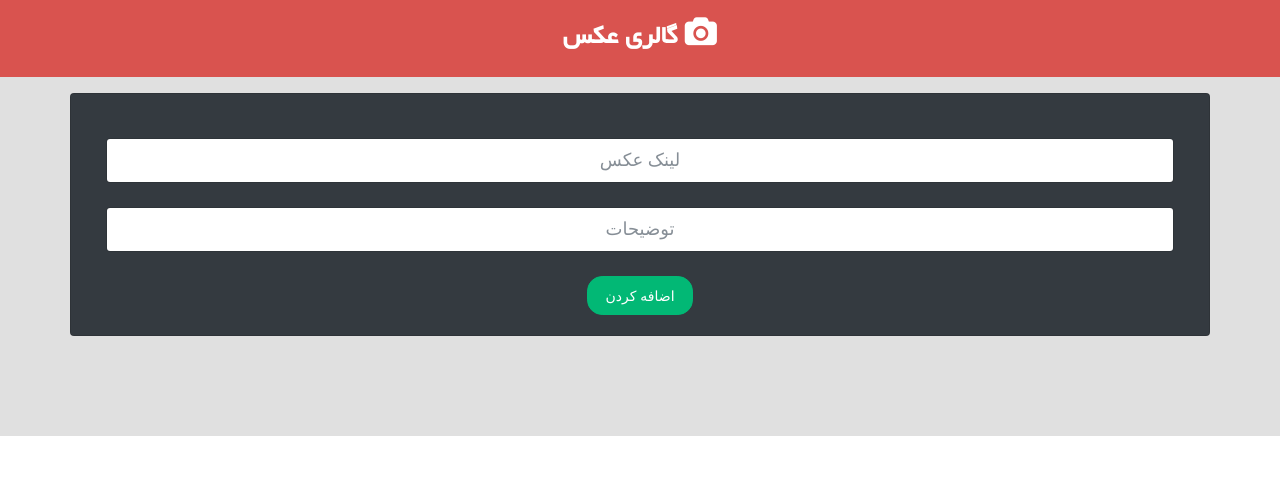
Repository: sadegh1379/PhotoWall-app
Page: /addphoto
These files come from the project's save history. The page is drawn as it stood at one moment and after the next save; the edit follows.
The browser window is 1280 px wide. The pictures show the whole page.
The project was rebuilt for these pictures with package versions that can differ from the ones it lists, and the page was loaded fresh each time. Also part of the build but not shown: src/Component/Photo.js, src/Component/PhotoWall.js.

Above is the page before, as saved 2020-02-22 13:25:24.

### public/index.html
<!DOCTYPE html>
<html lang="en">
  <head>
    <meta charset="utf-8" />
    <link rel="icon" href="%PUBLIC_URL%/favicon.ico" />
    <meta name="viewport" content="width=device-width, initial-scale=1" />
    <meta name="theme-color" content="#000000" />
    <link rel="stylesheet" href="https://stackpath.bootstrapcdn.com/font-awesome/4.7.0/css/font-awesome.min.css">
    <meta
      name="description"
      content="Web site created using create-react-app"
    />
    <link rel="apple-touch-icon" href="%PUBLIC_URL%/logo192.png" />
    <!--
      manifest.json provides metadata used when your web app is installed on a
      user's mobile device or desktop. See https://developers.google.com/web/fundamentals/web-app-manifest/
    -->
    <link rel="manifest" href="%PUBLIC_URL%/manifest.json" />
    <!--
      Notice the use of %PUBLIC_URL% in the tags above.
      It will be replaced with the URL of the `public` folder during the build.
      Only files inside the `public` folder can be referenced from the HTML.

      Unlike "/favicon.ico" or "favicon.ico", "%PUBLIC_URL%/favicon.ico" will
      work correctly both with client-side routing and a non-root public URL.
      Learn how to configure a non-root public URL by running `npm run build`.
    -->
    <title>React App</title>
  </head>
  <body>
    <noscript>You need to enable JavaScript to run this app.</noscript>
    <div id="root"></div>
    <!--
      This HTML file is a template.
      If you open it directly in the browser, you will see an empty page.

      You can add webfonts, meta tags, or analytics to this file.
      The build step will place the bundled scripts into the <body> tag.

      To begin the development, run `npm start` or `yarn start`.
      To create a production bundle, use `npm run build` or `yarn build`.
    -->
  </body>
</html>

### src/App.js
import React , { Component } from 'react';
import { BrowserRouter as Router , Route, Switch } from 'react-router-dom';
import Title from './Component/Title';
import PhotoWall from './Component/PhotoWall';
import './bootswatch.css';
import AddPhoto from './Component/AddPhoto';
import './App.css';

class App extends Component {

  constructor(){

      super()

      this.state = {
        posts : [
          {
            id : "0" ,
            description : "صادق اکبری" ,
            imageLink : "https://dkt6rvnu67rqj.cloudfront.net/cdn/ff/tpWy09V5tfN_Il2UBj8nPU4FZvPDpNBQSecbyXiqbuM/1574345660/public/styles/322x405/public/media/int_files/1008357.jpg?itok=c5qoLzeh"
          },
          {
           id : "1" ,
           description : "علی میرزایی" ,
           imageLink : "https://dkt6rvnu67rqj.cloudfront.net/cdn/ff/tpWy09V5tfN_Il2UBj8nPU4FZvPDpNBQSecbyXiqbuM/1574345660/public/styles/322x405/public/media/int_files/1008357.jpg?itok=c5qoLzeh"
         }
         ,{
           id : "5" ,
           description :" سارا ممبینی" ,
           imageLink :"https://thetyee.ca/Culture/2017/10/31/FawnLawn.jpg"

         },
         {
          id : "6" ,
          description : "صادق اکبری" ,
          imageLink : "https://dkt6rvnu67rqj.cloudfront.net/cdn/ff/tpWy09V5tfN_Il2UBj8nPU4FZvPDpNBQSecbyXiqbuM/1574345660/public/styles/322x405/public/media/int_files/1008357.jpg?itok=c5qoLzeh"
        },
        {
         id : "7" ,
         description : "علی میرزایی" ,
         imageLink : "https://www.iata.org/contentassets/d7c512eb9a704ba2a8056e3186a31921/cargo_live_animals_parrot.jpg?w=330&h=200&mode=crop&scale=both&v=20191213012337"
       }
       ,{
         id : "8" ,
         description :" سارا ممبینی" ,
         imageLink :"https://images.unsplash.com/photo-1497752531616-c3afd9760a11?ixlib=rb-1.2.1&w=1000&q=80"

       }
        ]

    }
  }

// Remove post
 onRemovePost = (removedPost) =>{

      this.setState((state)=>({
          posts : state.posts.filter(post => post !== removedPost)
      }))

  }

  render(){
      return (
        <div className="body">
              <Router>
                  <Title title="گالری عکس"/>
                  <Switch>

                      <Route exact path="/" render={()=>(
                              <div>
                                  <PhotoWall onRemovePost={this.onRemovePost} posts={this.state.posts}/>
                              </div>
                      )}/>

                        <Route exact path="/addphoto" component={AddPhoto}/>
                </Switch>
            </Router>
        </div>
      );
}
}

export default App;

### src/Component/Title.js
import React from 'react';
import PropTypes from 'prop-types';


function Title(props) {
    return (
            <p className=" bg-danger text-white py-3 p-title text-center">{props.title} <span className="fa fa-camera"></span></p>
    )
}

Title.propTypes = {
    title : PropTypes.string.isRequired
}

export default Title;

### src/Component/AddPhoto.js
import React, { Component } from 'react'

export class AddPhoto extends Component {
    render() {
        return (
            <div className="card card-body bg-dark container">

                <form className="container add-form">
                    <input type="text" placeholder="لینک عکس" className="form-control my-4 text-center"/>
                    <input type="text" placeholder="توضیحات" className="form-control text-center" />
                      <div className="d-flex justify-content-center mt-4">
                            <button type="submit" className="btn btn-success ">اضافه کردن</button>
                      </div>

                </form>
            </div>
        )
    }
}

export default AddPhoto;

### src/App.css
.p-title{
    font-size: 30px;
    color:white ;
    font-weight: bolder;
    font-family: 'Byekan';
}

.body{
    font-family: 'Brekan';
    background-color: #E0E0E0;
    padding-bottom: 100px;
}

 .photo-grid{
    /* max-width: 1000px; */
    margin: 0 auto;
    display: flex;
    flex-wrap: wrap;
    justify-content: center;
}

@font-face{
    font-family: 'Byekan';
    src:url('./Component/fonst/Yekan.ttf');
}

.photo-card{
  margin: 10px 10px;
  box-shadow: 5px 5px 5px 5px #888888;
}

.add-icon{
    text-align: center;
    margin: 20px auto;
    color:white  !important;
    background-color: rgb(62, 112, 75);
    padding: 20px;
    border-radius: 70px;

}

.add-form input{

    font-size: 18px;
    color:black;
}

Loaded but not shown: src/index.js (common file); src/index.css (common file); src/bootswatch.css (library)

After the next save:
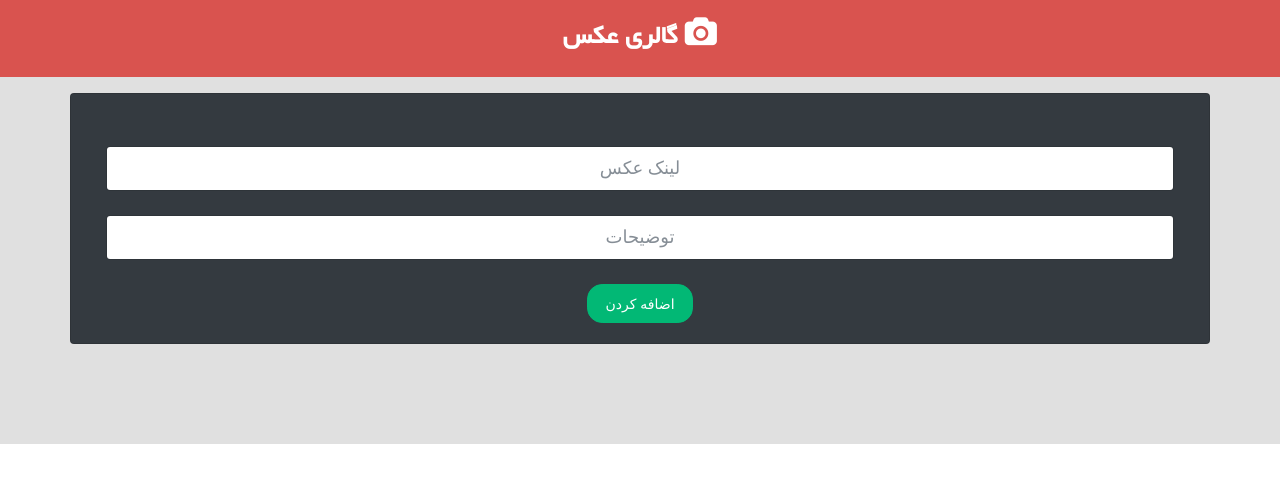
Saved 7 s later.
--- a/src/Component/AddPhoto.js
+++ b/src/Component/AddPhoto.js
@@ -4,7 +4,7 @@ export class AddPhoto extends Component {
     render() {
         return (
             <div className="card card-body bg-dark container">
-
+                <h3></h3>
                 <form className="container add-form">
                     <input type="text" placeholder="لینک عکس" className="form-control my-4 text-center"/>
                     <input type="text" placeholder="توضیحات" className="form-control text-center" />
